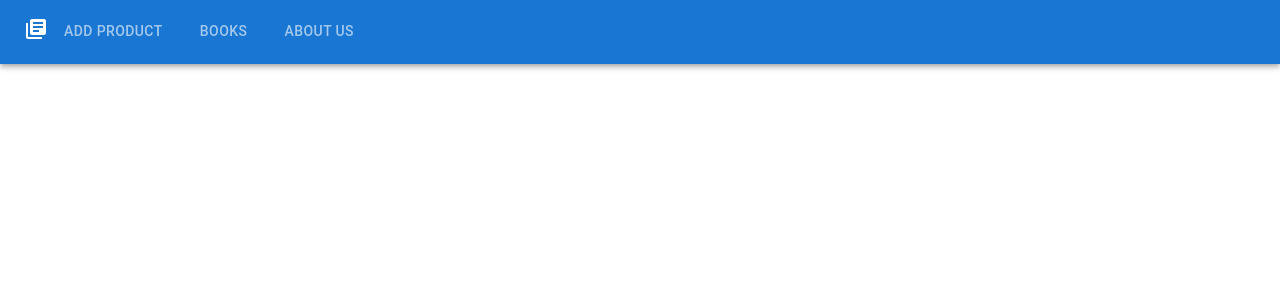
Repository: CydexCode/Book_Store_App-MERN-Stack
Page: /add (app in book-store/)
These files come from the project's save history. The page is drawn as it stood at one moment and after the next save; the edit follows.
The browser window is 1280 px wide. The pictures show the whole page.
The project was rebuilt for these pictures with package versions that can differ from the ones it lists, and the page was loaded fresh each time.

Above is the page before, as saved 2022-09-08 03:30:02.

After the next save:
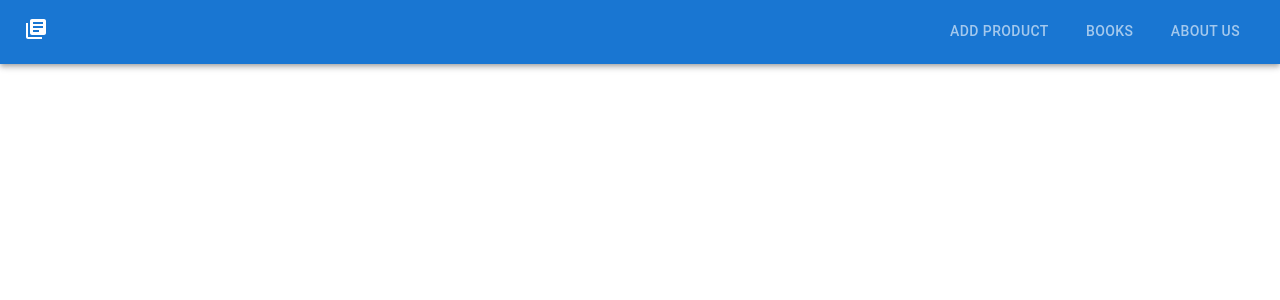
Saved 75 s later.
--- a/book-store/src/components/Header.js
+++ b/book-store/src/components/Header.js
@@ -11,7 +11,7 @@ const Header = () => {
             <LibraryBooksIcon />
             </Typography>
 
-            <Tabs textColor="inherit" indicatorColor="secondary" value={value} onChange={(e,val) =>setValue(val)}>
+            <Tabs sx={{ml:'auto'}} textColor="inherit" indicatorColor="secondary" value={value} onChange={(e,val) =>setValue(val)}>
                 <Tab label="Add product" />
                 <Tab label="Books" />
                 <Tab label="About Us" />
